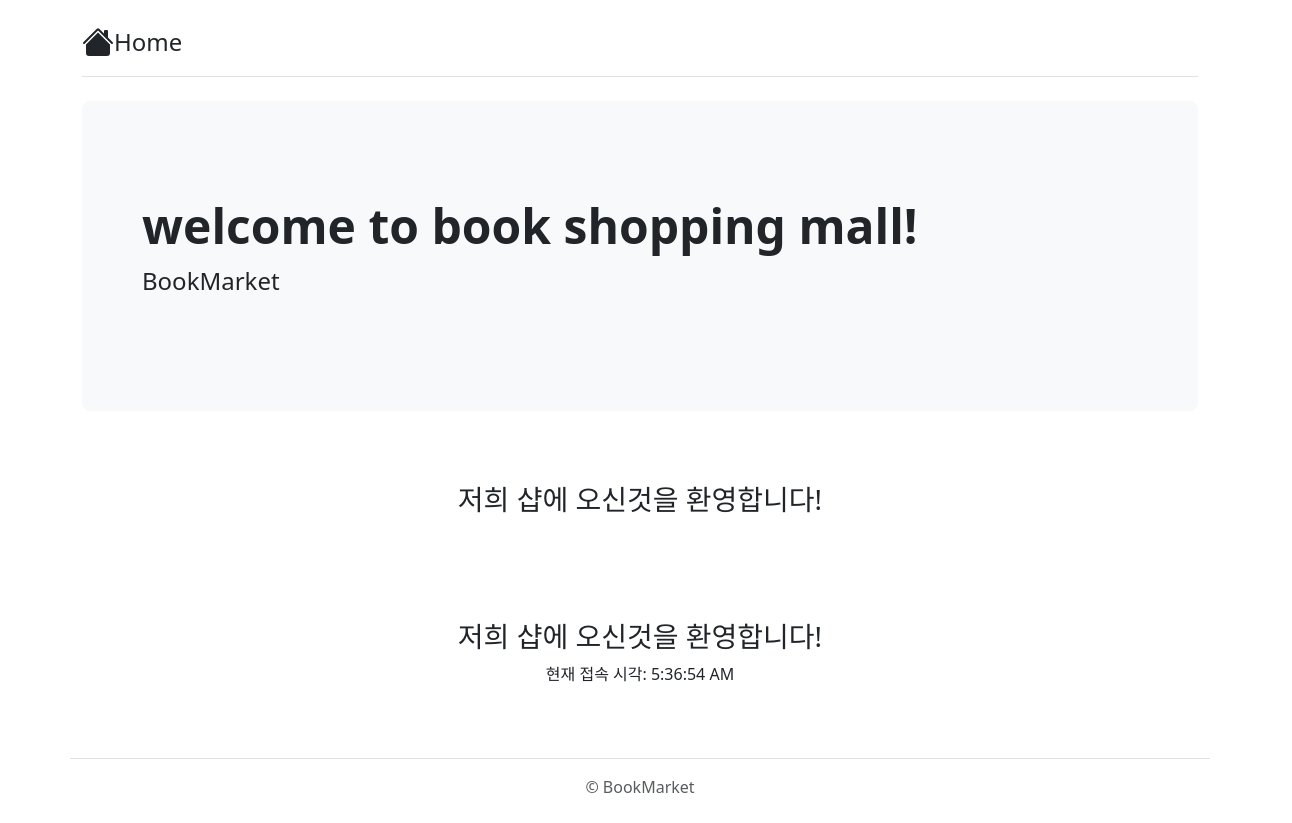
Repository: soieu/newdeal
Page: http://localhost/BookMarket/
An editor plug-in stored every save of this project. The page is shown before and after the next save, followed by the edit.
The browser window is 1280 px wide. The page is 1280 px wide, then 1292 px, so the pictures cover 1292 px, including what lies to the right of the window. The pictures show the whole page.
The page is served by Tomcat 9.

Above is the page before, as saved 2024-06-10 07:25:56.

After the next save:
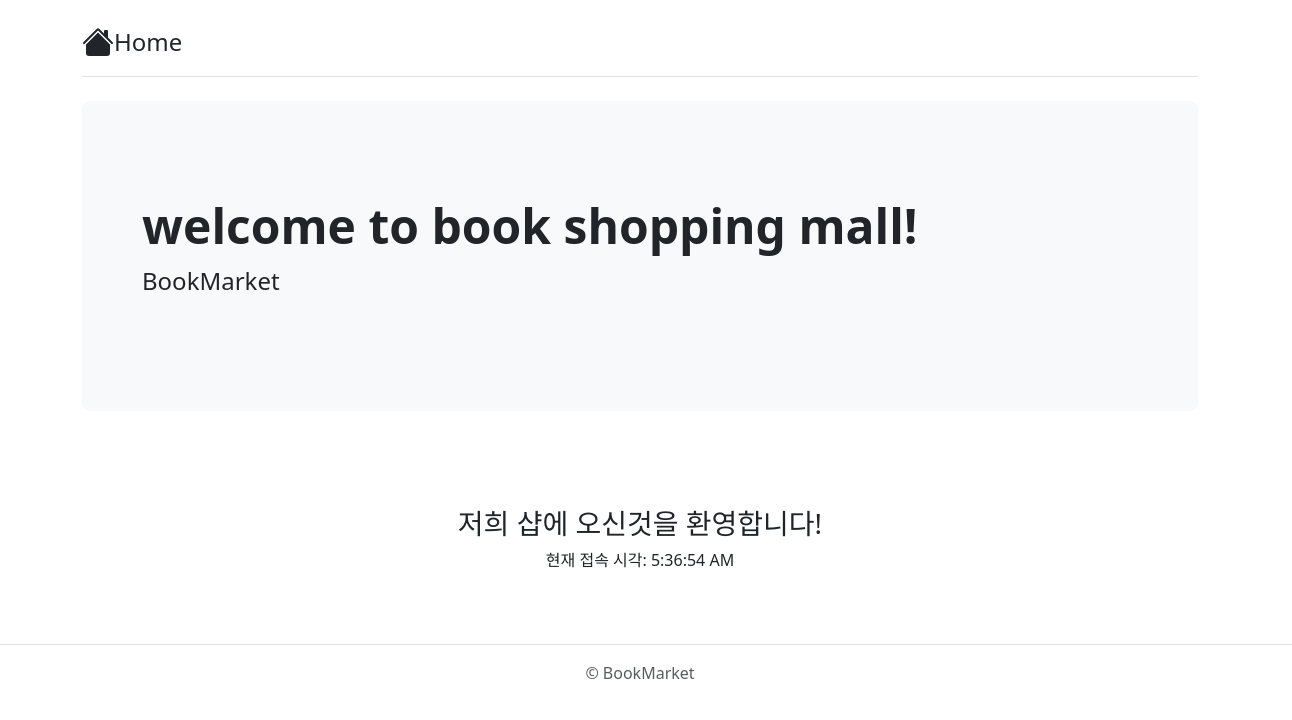
Saved 20 s later.
--- a/eclipse-workspace/BookMarket/src/main/webapp/index.jsp
+++ b/eclipse-workspace/BookMarket/src/main/webapp/index.jsp
@@ -30,11 +30,6 @@
         <p class="col-md-8 fs-4">BookMarket</p>
       </div>
     </div>
-    <div class="row align-items-md-stretch   text-center">
-      <div class="col-md-12">
-        <div class="h-100 p-5">
-          <h3><%=tagline%></h3>
-        </div>
 
       </div>
     </div>
